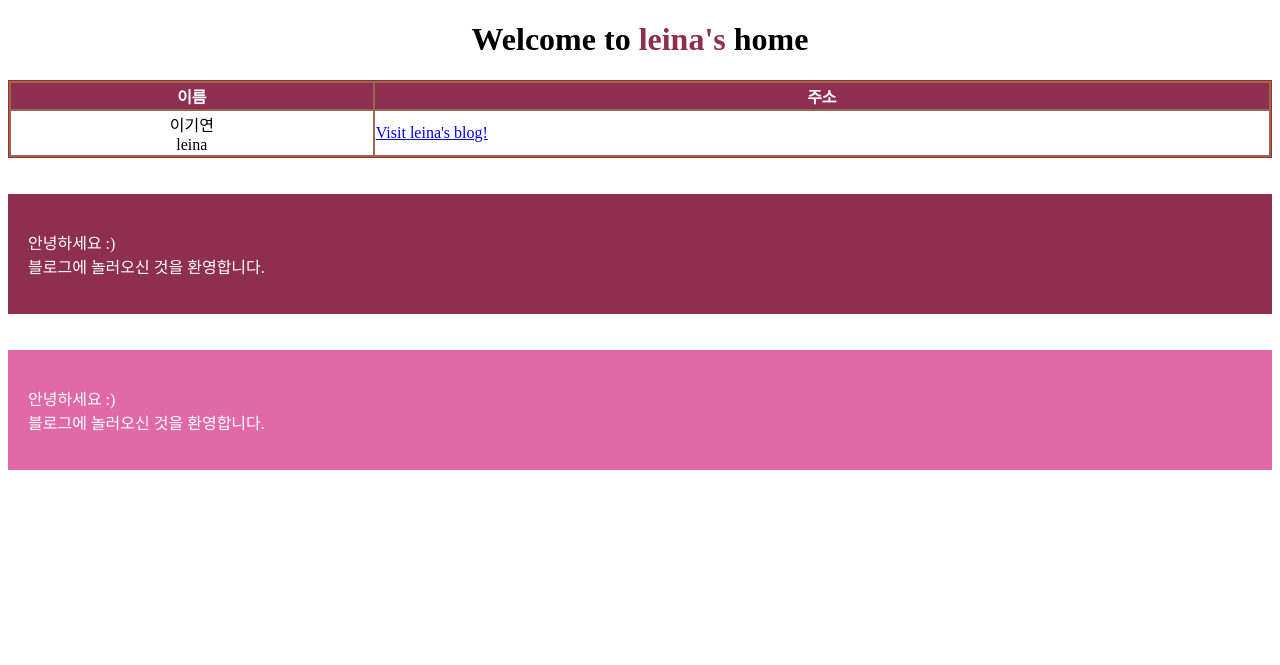
Repository: trapezer84/JSP
Page: http://localhost/ACA_Assignment0203/
The author's editor kept a copy of each file at every save. The page is drawn from the files as they stood at one save, then again after the next save.
The browser window is 1280 px wide. The pictures show the whole page.
The page is served by Tomcat 9.

Above is the page before, as saved 2016-02-03 11:01:26.

After the next save:
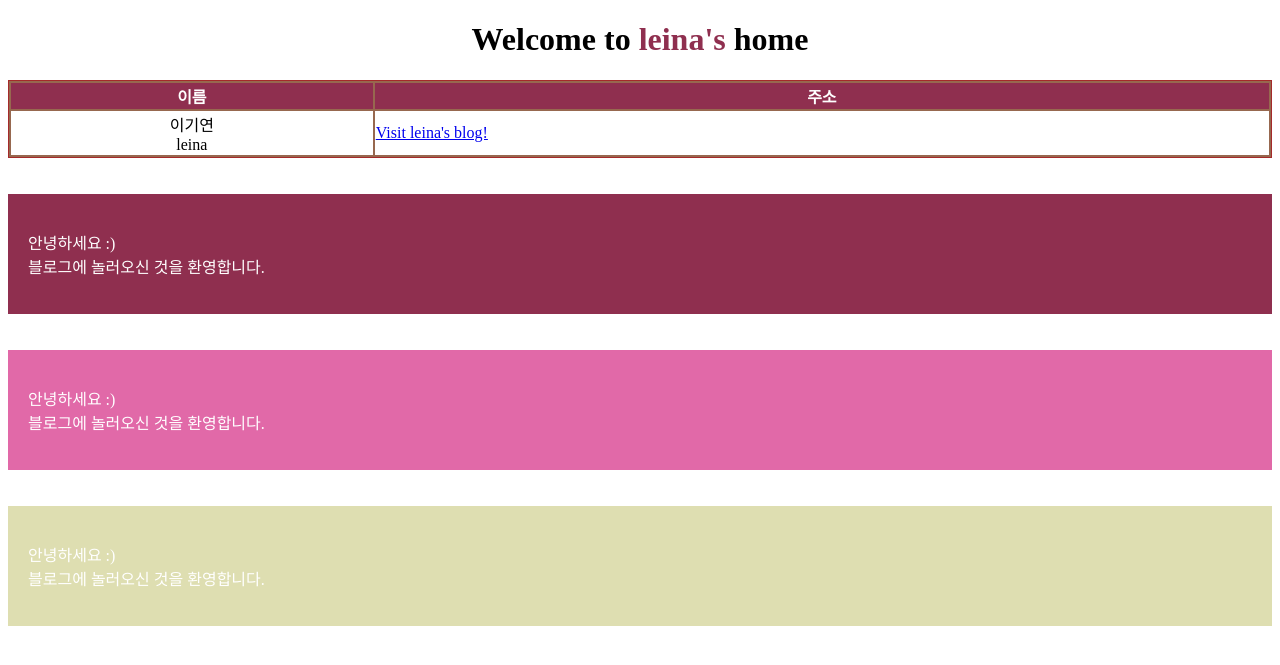
Saved 69 s later.
--- a/ACA_Assignment0203/WebContent/index.jsp
+++ b/ACA_Assignment0203/WebContent/index.jsp
@@ -55,6 +55,15 @@
 		</p>
 	</div>
 
+		<br/>
+	<br/>
+
+	<div style="background-color:#DEDEB1; color:white; padding:20px;">
+		<p> 안녕하세요 :) <br />
+			블로그에 놀러오신 것을 환영합니다. <br />
+		</p>
+	</div>
+
 
 
 </body>
